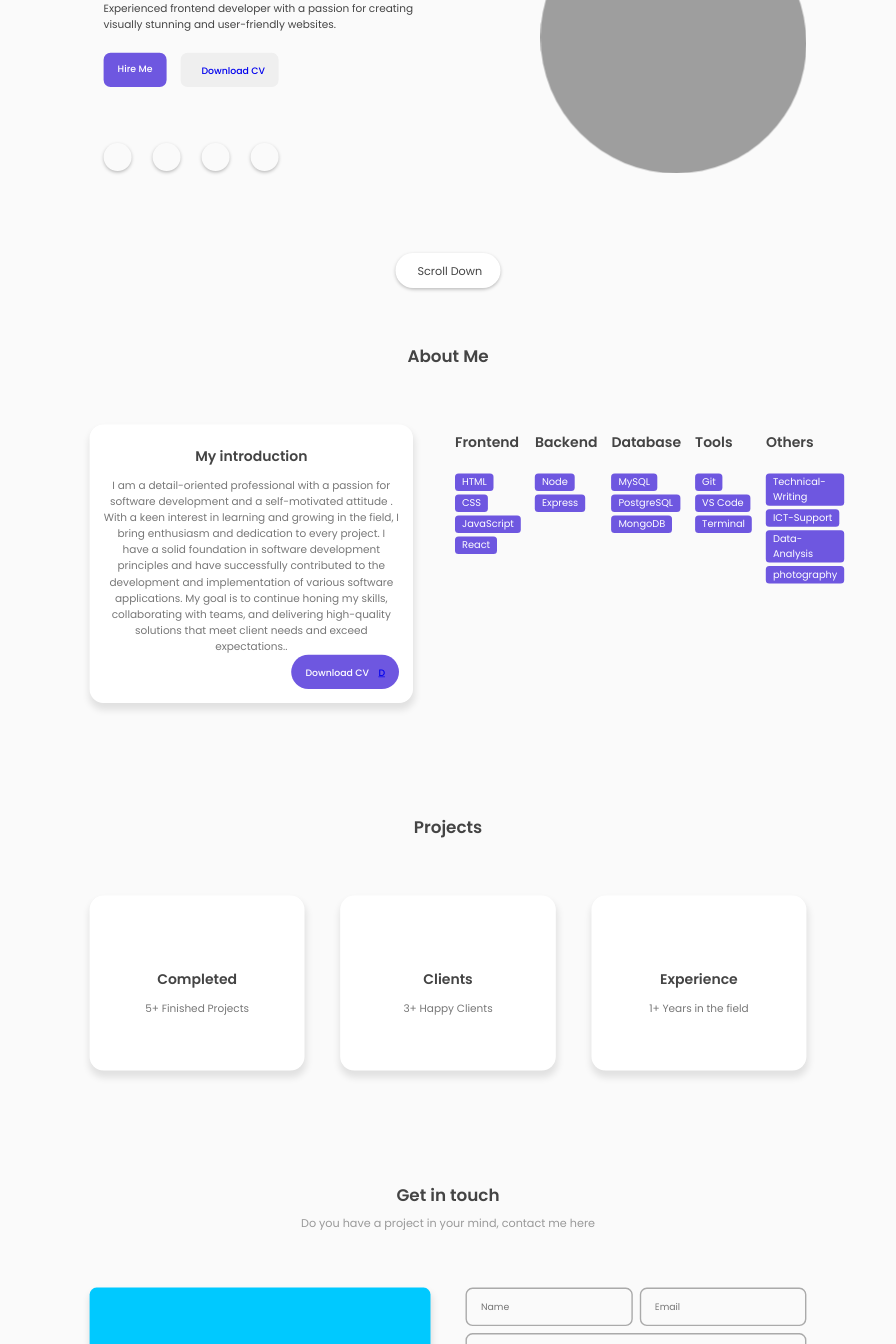
Repository: adehope1/My_Portfoilo
Page: port/index.html
These files come from the project's save history. The page is drawn as it stood at one moment and after the next save; the edit follows.
The browser window is 1280 px wide. The pictures show the part of the page from y = 308 to 2228 px (the page is 2928 px tall), at 70% of full size.
Pictures or frames that could not be fetched are drawn as grey boxes. Some icons come from a web library that is not loaded, so they are not drawn.

Above is the page before, as saved 2024-09-01 21:01:36.
Not found: port/assest/
Not found: port/assets/css/style.css
Not found: port/assets/js/main.js

After the next save:
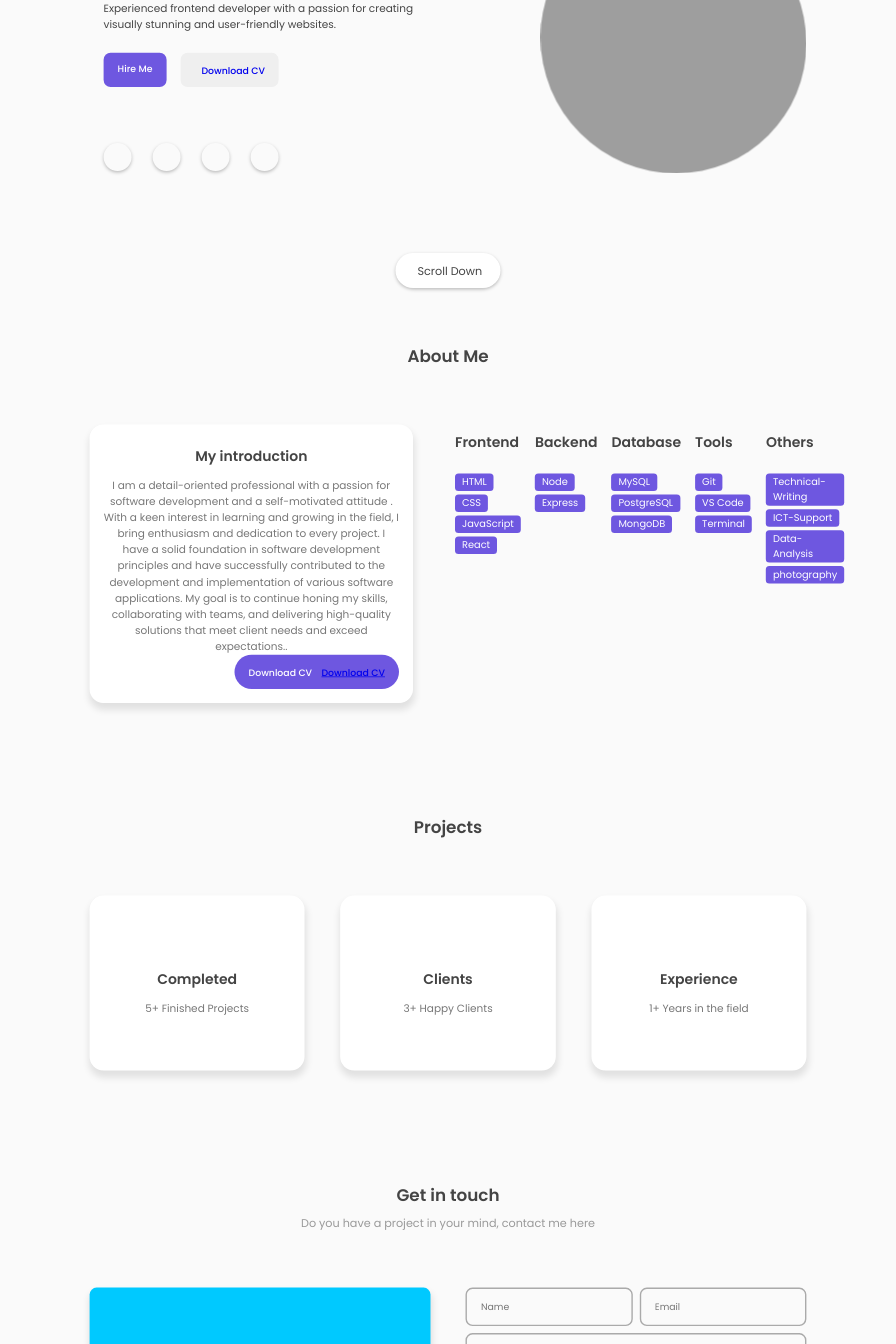
Saved 17 s later.
--- a/port/index.html
+++ b/port/index.html
@@ -105,7 +105,7 @@
                     <p>I am a detail-oriented professional with a passion for software development and a self-motivated attitude . With a keen interest in learning and growing in the field, I bring enthusiasm and dedication to every project. I have a solid foundation in software development principles and have successfully contributed to the development and implementation of various software applications. My goal is to continue honing my skills, collaborating with teams, and delivering high-quality solutions that meet client needs and exceed expectations..
                     </p>
                     <div class="about-btn">
-                        <button class="btn">Download CV <i class="uil uil-import"></i><a href="./assest/documents/tech-cve.pdf" download="tech-cve">D</a></button>
+                        <button class="btn">Download CV <i class="uil uil-import"></i><a href="./assest/documents/tech-cve.pdf" download="tech-cve">Download CV</a></button>
                     </div>
                 </div>
             </div>
